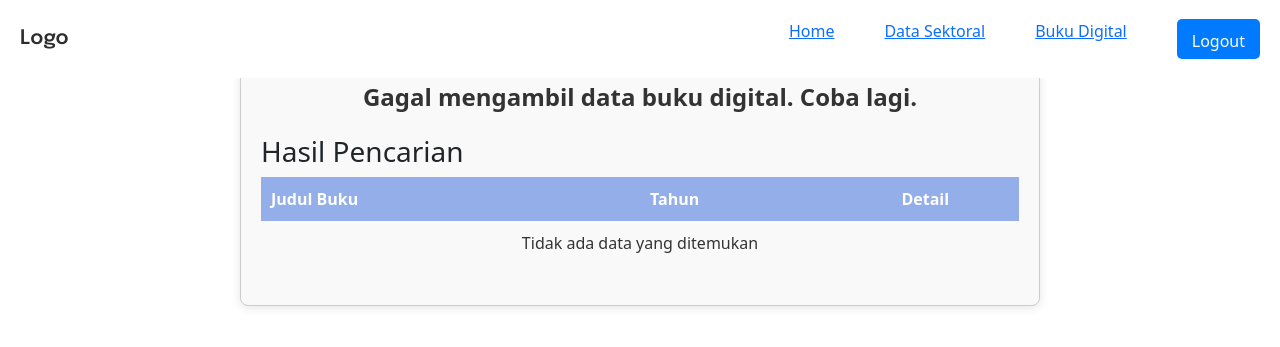
Repository: nida463/Website-PKL
Page: /buku-digital
An editor plug-in stored every save of this project. The page is shown before and after a run of saves, followed by the edit.
The browser window is 1280 px wide. The pictures show the whole page.
The page's requests for data from a server got no answer. The project was rebuilt for these pictures with package versions that can differ from the ones it lists, and the page was loaded fresh each time. No one was signed in, and anything a server would have sent is missing. Also part of the build but not shown: src/Components/auth/Login.js, src/Components/organisms/Navbar.js, src/Components/atoms/Lable.js, src/Components/molecules/header/BrandingSection.js, src/Components/molecules/header/BodyTextH.js, src/Components/atoms/Button.js, src/Components/molecules/header/ButonContact.js, src/Components/atoms/Image.js and 24 more.

Above is the page before, as saved 2024-10-11 14:15:11.

After the next 2 saves:
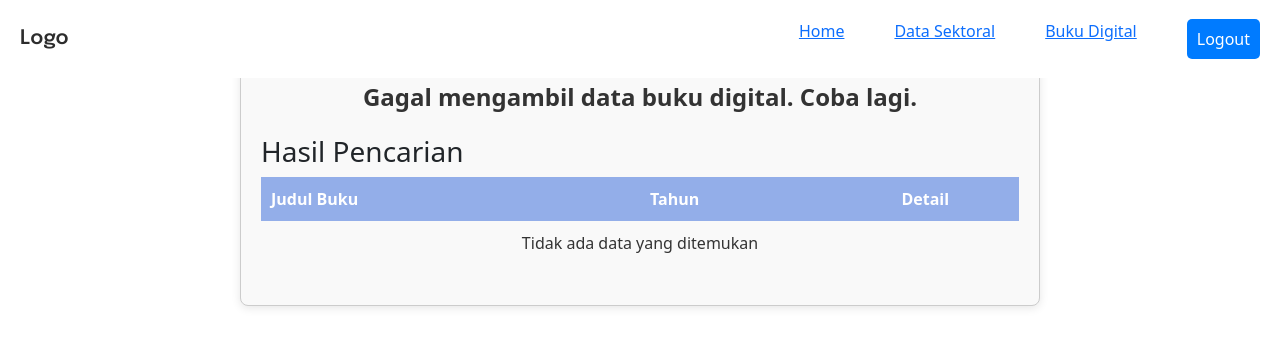
The 2 saves are shown as one change because they came seconds apart.
The last was saved 88 s later.
--- a/src/styles/Navbar.css
+++ b/src/styles/Navbar.css
@@ -106,7 +106,7 @@
   color: white; /* Teks berwarna putih */
   border: none; /* Tanpa border */
   border-radius: 5px; /* Sudut yang lebih halus */
-  padding: 10px 15px; /* Padding untuk tombol */
+  padding: 5px 10px; /* Padding untuk tombol */
   cursor: pointer; /* Menunjukkan bahwa ini adalah tombol */
   transition: background-color 0.3s ease; /* Transisi warna saat hover */
   height: 40px; /* Set tinggi tombol agar sejajar dengan menu */
